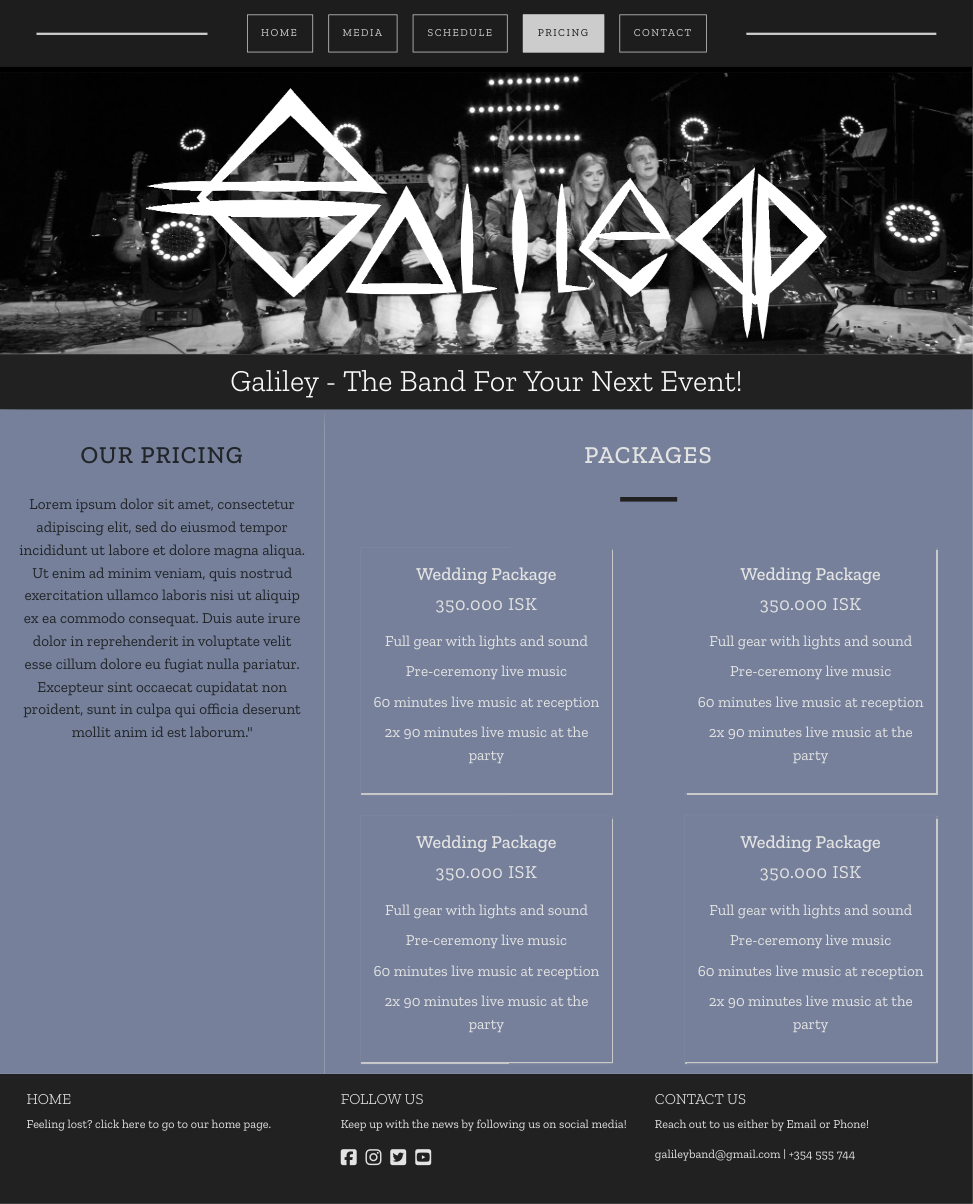
Repository: HeimirDavid/Galiley-Website
Page: pricing.html
The author's editor kept a record of every edit. The page is drawn from the files as they stood at one moment, then again after the next edit.
The browser window is 1280 px wide. The pictures show the whole page, at 76% of full size.
Some web libraries are served in a nearby version.

Above is the page before.

### pricing.html
<!DOCTYPE html>
<html lang="en">

<head>
    <meta charset="UTF-8">
    <meta name="viewport" content="width=device-width, initial-scale=1.0">
    <meta http-equiv="X-UA-Compatible" content="ie=edge">

    <link rel="stylesheet" href="https://stackpath.bootstrapcdn.com/bootstrap/4.3.1/css/bootstrap.min.css" integrity="sha384-ggOyR0iXCbMQv3Xipma34MD+dH/1fQ784/j6cY/iJTQUOhcWr7x9JvoRxT2MZw1T" crossorigin="anonymous">
    <link rel="stylesheet" href="https://cdnjs.cloudflare.com/ajax/libs/hover.css/2.3.1/css/hover-min.css" type="text/css" />
    <link rel="stylesheet" href="assets/css/style.css" type="text/css" />

    <script src="https://code.jquery.com/jquery-3.3.1.slim.min.js" integrity="sha384-q8i/X+965DzO0rT7abK41JStQIAqVgRVzpbzo5smXKp4YfRvH+8abtTE1Pi6jizo" crossorigin="anonymous"></script>
    <script src="https://cdnjs.cloudflare.com/ajax/libs/popper.js/1.14.7/umd/popper.min.js" integrity="sha384-UO2eT0CpHqdSJQ6hJty5KVphtPhzWj9WO1clHTMGa3JDZwrnQq4sF86dIHNDz0W1" crossorigin="anonymous"></script>
    <script src="https://stackpath.bootstrapcdn.com/bootstrap/4.3.1/js/bootstrap.min.js" integrity="sha384-JjSmVgyd0p3pXB1rRibZUAYoIIy6OrQ6VrjIEaFf/nJGzIxFDsf4x0xIM+B07jRM" crossorigin="anonymous"></script>
    <script src="https://kit.fontawesome.com/2ea8c5e5d2.js" crossorigin="anonymous"></script>

    <title>Galiley</title>
</head>

<body>
    <header>
        <!------ Header Navigation Menu, Mainly written with bootstrap  ------>
        <div class="row no-gutters">
            <div class="col black-container">
                <nav class="navbar fixed-top navbar-expand-md navbar-dark bg-dark" id="navbar-black-color"> <!-- Navbar position with help of this  -->
                    <a class="navbar-brand" href="index.html">Galiley - Home</a>                            <!-- tutorial: https://www.youtube.com/watch?v=NzjU1GmKosQ&t=90s  -->
                    <button class="navbar-toggler" type="button" data-toggle="collapse" data-target="#navbarSupportedContent" aria-controls="navbarSupportedContent" aria-expanded="false" aria-label="Toggle navigation">
                    <span class="navbar-toggler-icon"></span></button>
                    <div class="collapse navbar-collapse" id="navbarSupportedContent">
                        <ul class="navbar-nav m-auto">
                            <li class="nav-item menuitem">
                                <a class="nav-link" href="index.html"><span>Home</span></a>
                            </li>
                            <li class="nav-item menuitem">
                                <a class="nav-link" href="media.html"><span>Media</span></a>
                            </li>
                            <li class="nav-item menuitem">
                                <a class="nav-link" href="schedule.html"><span>Schedule</span></a>
                            </li>
                            <li class="nav-item menuitem active-item">
                                <a class="nav-link" href="pricing.html"><span>Pricing</span></a>
                            </li>
                            <li class="nav-item menuitem">
                                <a class="nav-link" href="contact.html"><span>Contact</span></a>
                            </li>
                        </ul>
                    </div>
                </nav>
            </div>
        </div>

        <!------ Header Logo Image ------>
        <div class="logo-container">
            <div class="row no-gutters">
                <div class="col header-background-img">
                    <a href="#">
                    <img class="logo-white" src="assets/images/galiley_vit.png">
                </a>
                </div>
            </div>
        </div>

        <!------ Header Text  ------>
        <div class="row no-gutters">
            <div class="col h1-heading">
                <h1>Galiley - The Band For Your Next Event!</h1>
            </div>
        </div>
    </header>

    <section class="container-fluid">
        <div class="row no-gutters">
            <div class="col-md-4">
                <div class="col-12 grey-blue text-center pricing-col">
                    <h2 class="header-h2 uppercase">Our Pricing</h2>
                    <p class="p-text">Lorem ipsum dolor sit amet, consectetur adipiscing elit, sed do eiusmod tempor incididunt
                    ut labore et dolore magna aliqua. Ut enim ad minim veniam, quis nostrud exercitation ullamco
                    laboris nisi ut aliquip ex ea commodo consequat. Duis aute irure dolor in reprehenderit in
                    voluptate velit esse cillum dolore eu fugiat nulla pariatur. Excepteur sint occaecat cupidatat
                    non proident, sunt in culpa qui officia deserunt mollit anim id est laborum."</p>
                </div>
            </div>
            <div class="col-md-8 grey-blue">
                <div class="row package-header-row">
                    <div class="col text-center">
                        <h2 class="header-h2 uppercase">Packages</h2>
                        <hr class="block-devider">
                    </div>
                </div>
                <div class="row package-row">
                    <div class="col-10 offset-1 offset-sm-0 col-sm-4 col-md-6 d-flex justify-content-center">
                        <div class="col-10 text-center p-text package-cards">
                            <h4 class="header-h4">Wedding Package</h4>
                            <h5 class="header-h5">350.000 ISK</h5>
                            <ul>
                                <li>Full gear with lights and sound</li>
                                <li>Pre-ceremony live music</li>
                                <li>60 minutes live music at reception</li>
                                <li>2x 90 minutes live music at the party</li>
                            </ul>
                        </div>
                    </div>
                    <div class="col-10 offset-1 offset-sm-0 col-sm-4 col-md-6 d-flex justify-content-center">
                        <div class="col-10 text-center p-text package-cards">
                            <h4 class="header-h4">Wedding Package</h4>
                            <h5 class="header-h5">350.000 ISK</h5>
                            <ul>
                                <li>Full gear with lights and sound</li>
                                <li>Pre-ceremony live music</li>
                                <li>60 minutes live music at reception</li>
                                <li>2x 90 minutes live music at the party</li>
                            </ul>
                        </div>
                    </div>
                    <div class="col-10 offset-1 offset-sm-0 col-sm-4 col-md-6 d-flex justify-content-center">
                        <div class="col-10 text-center p-text package-cards">
                            <h4 class="header-h4">Wedding Package</h4>
                            <h5 class="header-h5">350.000 ISK</h5>
                            <ul>
                                <li>Full gear with lights and sound</li>
                                <li>Pre-ceremony live music</li>
                                <li>60 minutes live music at reception</li>
                                <li>2x 90 minutes live music at the party</li>
                            </ul>
                        </div>
                    </div>
                    <div class="col-10 offset-1 offset-sm-0 col-sm-4 col-md-6 d-flex justify-content-center">
                        <div class="col-10 text-center p-text package-cards">
                            <h4 class="header-h4">Wedding Package</h4>
                            <h5 class="header-h5">350.000 ISK</h5>
                            <ul>
                                <li>Full gear with lights and sound</li>
                                <li>Pre-ceremony live music</li>
                                <li>60 minutes live music at reception</li>
                                <li>2x 90 minutes live music at the party</li>
                            </ul>
                        </div>
                    </div>
                </div>
            </div>
        </div>
    </section>

    <footer>        <!------ Footer section, Mainly structured and written with the help from CI tutorials from the Resume-Project.
                             Since i liked the design and strucure and felt that it fits well within this project. ------>
        <div class="container-fluid">
            <div class="row" id="footer-details">
                <div class="col-sm-4">
                    <h5 class="uppercase footer-heading">
                        <a href="index.html" class="footer-links">Home</a>
                    </h5>
                    <p class="inline-block">Feeling lost? click here to go to our home page.</p>
                </div>

                <div class="col-sm-4">
                    <h5 class="uppercase footer-heading">Follow Us</h5>
                    <p class="inline-block">Keep up with the news by following us on social media!</p>
                    <ul class="list-inline social-media-links">
                        <li class="list-inline-item">
                            <a class="footer-links" target="_blank" href="https://www.facebook.com/GalileyBand/">
                                <i class="fab fa-facebook-square"></i>
                                <span class="sr-only">Facebook</span>
                            </a>
                        </li>
                        <li class="list-inline-item">
                            <a class="footer-links" target="_blank" href="#">
                                <i class="fab fa-instagram"></i>
                                <span class="sr-only">Instagram</span>
                            </a>
                        </li>
                        <li class="list-inline-item">
                            <a class="footer-links" target="_blank" href="#">
                                <i class="fab fa-twitter-square"></i>
                                <span class="sr-only">Twitter</span>
                            </a>
                        </li>
                        <li class="list-inline-item">
                            <a class="footer-links" target="_blank" href="#">
                                <i class="fab fa-youtube-square"></i>
                                <span class="sr-only">Youtube</span>
                            </a>
                        </li>
                    </ul>
                </div>

                <div class="col-sm-4">
                    <h5 class="uppercase footer-heading">Contact Us</h5>
                    <p class="inline-block">Reach out to us either by Email or Phone!</p>
                    <p>galileyband@gmail.com | +354 555 744</p>
                </div>
            </div>
        </div>
    </footer>
</body>

</html>

### assets/css/style.css
@import url('https://fonts.googleapis.com/css?family=Zilla+Slab:300,400,500,600,700&display=swap');

html {
    scroll-behavior: smooth;
}

body {
    font-family: 'Zilla Slab', serif;
    background-color: #e3e3e3;
    overflow-x: hidden;
}

/*--------------------------------- Colour */

.green-color {
    background-color: #35af7e;
}

.grey-color {
    background-color: #c5c5c5;
}

.grey-blue {
    background-color: #76809a;
}
/*------------------------------- Special padding/margins/text */

h1, h2, h3, h4, h5 {
    margin: 0;
}

.uppercase {
    text-transform: uppercase;
}

.inline-block {
    display: inline-block;
}

.block-devider {
    width: 75px;
    height: 5px;
    background-color: #212121;
}

.block-devider-white {
    width: 75px;
    height: 5px;
    background-color: #e3e3e3;
}

.text-center {
    text-align: center;
}

.item-center {
    item-align: center;
}

.gotop-col {
    padding: 20px;
}

.gotopbtn {
    text-align: center;
    text-decoration: none;
    color: #212121;
    font-size: 1.5em;
    margin: 20px 20px;
    transition: ease-in-out 0.3s;
    -moz-transition: ease-in-out 0.3s;
    -webkit-transition: ease-in-out 0.3s;
    -o-transition: ease-in-out 0.3s;
}

.gotopbtn:hover {
    color: #a5a5a5;
    text-decoration: none;
}

.container-fluid {
    padding: 0;
}

.row {
    margin-right: 0;
    margin-left: 0;
}

/*--------------------------------- Headings text styles */

.header-h2 {
    font-weight: 500;
    padding: 10px 10px 20px 10px;
    letter-spacing: 1.5px;
}

.header-h3

.header-h4 {
    font-weight: 400;
    letter-spacing: 0.8px;
    font-size: 28px;
    padding: 10px;
}

.header-h5 {
    font-weight: 400;
    font-size: 24px;
    letter-spacing: 0.8px;
    padding: 10px;
}

/*--------------------------------- Navbar/Menu */

.navbar {
    opacity: 0.9;
    text-align: center;
    padding-bottom: 1.2em;
}

.menuitem {
    height: 50px;
    text-align: center;
    padding-left: 10px;
    padding-right: 10px;
    margin: 0px 10px 0px 10px;
    border: 1px solid #e3e3e3;
    transition: ease-in-out 0.3s;
    -moz-transition: ease-in-out 0.3s;
    -webkit-transition: ease-in-out 0.3s;
    -o-transition: ease-in-out 0.3s;
}

.menuitem a {
    width: 100%;
    text-decoration: none;
    color: #e3e3e3;
}

.menuitem a i {
    padding-top: 22px;
    display: block;
    color: #e3e3e3;
    font-size: 26px;
}

.menuitem span {
    display: block;
    width: 100%;
    padding-top: 5px;
    text-align: center;
    text-transform: uppercase;
    font-size: 14px;
    font-weight: 400;
    letter-spacing: 2px;
    transition: ease-in-out 0.3s;
    -moz-transition: ease-in-out 0.3s;
    -webkit-transition: ease-in-out 0.3s;
    -o-transition: ease-in-out 0.3s;
    color: #e3e3e3;

}

.menuitem:hover {
    background-color: #e3e3e3;
}

.menuitem:hover.menuitem span {
    color: #212121;
}

.navbar::before,     /* Before and After used from inspiration of this tutorial: https://www.youtube.com/watch?v=zGiirUiWslI   */
.navbar::after {
    content: "";
    margin-left: 2em;
    margin-right: 2em;
    width: 18%;
    height: 0.2em;
    background-color: #e3e3e3;
}

.navbar-nav .active-item span {
    color: #212121;
}

.navbar-nav .active-item {
    background-color: #e3e3e3;
}

.navbar::after {
    width: 20%;
}

.fixed-top {
    padding-top: 1.2em;
}

.navbar-brand {
    display: none;
}

#navbar-black-color {
    background-color: #212121!important;
}




/*--------------------------------- Header */

.black-container {
    position: relative;
    top: 0;
    left: 0;
    width: 100%;
    height:6em;
    background-color: #000;
}

.h1-heading {
    color: #fafafa;
    padding: 10px 0px 15px 0px;
    text-align: center;
    background-color: #212121;
    box-shadow: 0px 10px 30px -10px #212121;
}

.h1-heading h1 {
    font-weight: 300;
}

.header-background-img {
    display: block;
    background-image: url("../images/galiley_diddi.jpg");
    padding: 20px;
    background-size: cover;
}

/*
.logo-container {
    margin-top: 7%;
}
*/

.logo-white {
    opacity: 1.9;
    display: block;
    margin-left: auto;
    margin-right: auto;
    width: 70%;
}

/*--------------------------------- Footer */

footer {
    background-color: #212121;
    color: #e3e3e3;
    min-height: 100px;
    margin: 0;
}

.footer-heading {
    font-weight: 300;
    text-decoration: none;
    margin-bottom: 10px;
}

.footer-heading a {
    transition: ease-in-out 0.3s;
    -moz-transition: ease-in-out 0.3s;
    -webkit-transition: ease-in-out 0.3s;
    -o-transition: ease-in-out 0.3s;
}

.footer-heading a:hover {
    color: #a5a5a5;
    text-decoration: none;
}

.footer-links {
    color: #e3e3e3;
}

.social-media-links {
    padding-bottom: 10px;
}

.social-media-links li a i {
    font-size: x-large;
    padding: 10px 0px;
    line-height: 10px;
    transition: ease-in-out 0.3s;
    -moz-transition: ease-in-out 0.3s;
    -webkit-transition: ease-in-out 0.3s;
    -o-transition: ease-in-out 0.3s;
}

.social-media-links li a i:hover {
    color: #35af7e;
}

#footer-details {
    padding: 20px;
}

/*--------------------------------- About - Section / What we offer - Section */

.about-offer-row {
    padding: 20px 0px;
}

.p-text {
    font-size: 20px;
    padding: 10px 10px 20px 10px;
}

.about-row {
    padding: 60px 10px 20px 10px;
}

.offer-card {
    background-color: #212121;
    color: #e3e3e3;
    padding: 20px;
    margin-bottom: 45px;
    box-shadow: 3px 3px 15px 0px #000;
    opacity: 0.9;
}

/*--------------------------------- Reviews - section */

.review-header {
    background-color: #212121;
    color: #fafafa;
    padding: 10px 0px 15px 0px;
    text-align: center;
    box-shadow: 0px 1px 10px 1px #212121;
}

.review-header h2 {
    font-weight: 300;
}

.review-cards {
    background-color: #212121;
    color: #e3e3e3;
    opacity: 0.9;
    max-width: 250px;
    padding: 20px;
    margin: 30px;
    margin-right: auto;
    margin-left: auto;
    text-align: center;
    border-radius: 10px;
    box-shadow: 5px 5px 15px 0px #212121;
}

.cards-header {
    font-weight: 300;
    letter-spacing: 0.8px;
    margin-bottom: 15px;
}

.review-p {
    font-size: 18px;
    font-weight: 200;
    letter-spacing: 0.8px;
}

/*--------------------------------- Setlist Section / Video Section */

.spotify-header-row {
    background-color: #35af7e;
}

.media-header {
    padding: 20px;
    font-weight: 300;
    font-size: 38px;
}

.spotify-row {
    margin-bottom: 40px;
}

.setlist-header-col {
    color: #000;
    padding: 30px;
}

.media-h4 {
    font-weight: 300;
    font-size: 30px;
    padding: 10px;
}

.media-p {
    font-size: 22px;
    font-weight: 300;
}

.spotify-col {
    color: #e3e3e3;
    background-color: rgba(0, 0, 0, 0.5);
    margin: auto;
    margin-top: 20px;
    padding: 20px 10px 0px 10px;
    max-width: 300px;
    border-radius: 12px;
    border-radius: 10px;
    box-shadow: 5px 5px 15px 0px #212121;
}

.spotify-col::before {
    content: "";
    top: 0;
    left: 0;
    background-color: #212121;
    height: 100px;
    width: 1em;
}

.spotify-player {
    opacity: .96;
}

.video-header-col {
    background-color: #212121;
    color: #e3e3e3;
    padding: 20px 0px;
    box-shadow: 0px 10px 30px -10px #212121;
}

.youtube-col {
    padding: 10px;
}

.youtube-container {  /*   Code copied to make youtube player responsive. Source: https://avexdesigns.com/responsive-youtube-embed/    */
position: relative;
padding-bottom: 56.25%;
padding-top: 30px; height: 0; overflow: hidden;
}

.youtube-container iframe,
.youtube-container object,
.youtube-container embed {
position: absolute;
top: 0;
left: 0;
width: 100%;
height: 100%;
}

/*--------------------------------- Pricing */

.pricing-col {
    padding-top: 30px;
    height: 100%;
}

.package-header-row {
    padding-top: 30px;
    color: #e3e3e3;
}

.package-row {
    padding-top: 30px;
    color: #e3e3e3;
}

.package-cards {
    box-shadow: 1px 1px 1px 1px #cacaca;
    padding: 20px 10px;
    margin-top: 15px;
    margin-bottom: 15px;
}

.package-cards ul {
    list-style: none;
    padding:0;
}

.package-cards ul li {
        margin: 10px 0px;
}
/*--------------------------------- Media Queries */

@media (max-width: 767px) {
    .navbar::before,
    .navbar::after {
        display: none;
    }

    .navbar-brand {
        display: block;
    }

    .fixed-top {
        padding: 1em;
    }

    .reviews-container {
        background-color: #e3e3e3;
    }

    .reviews-container {
        background: #e3e3e3;
    }
}

@media (min-width: 767px) {

    /* Images use and fixed image website layout inspiried by this tutorial: https://www.youtube.com/watch?v=PWoOpJtkyjI */
    #about-image { /* Image from unsplash taken by Luca Baggio */
        background-image: url("../images/about-background.jpg");
        background-attachment: fixed;
        background-size: cover;
        height: 120vh;
        width: 100%;
    }

    #spotify-background-img {
        background-image: url("../images/spotify-background-img.jpg");
        background-attachment: fixed;
        background-size: cover;
        height: 120vh;
        width: 100%;
    }

    #offer-image {
        background-image: url("../images/galiley-offer.jpg");
        background-attachment: scroll;
        background-size: cover;
        height: 100%;
        width: 100%;
        box-shadow: 0px -3px 7px 0px;
    }

    #packages-img {
        background-image: url("../images/packages-img.jpg");
        background-attachment: scroll;
        background-size: cover;
        height: 100%;
        width: 100%;
    }

    .green-black-img {
        background-image: url("../images/setlist-background.png");
        background-attachment: fixed;
        background-size: cover;
        box-shadow: 0px -3px 7px 0px;
    }

    .about-offer-row {
    padding: 60px 10px 20px 10px;
    }

    .youtube-row {
        padding-top: 50px;
    }

    .youtube-col {
        padding: 10px 100px;
    }
}

@media (min-width: 767px) and (max-width: 1000px) {
    #about-image {
        background-image: url("../images/about-background.jpg");
        background-attachment: fixed;
        background-size: cover;
        height: 200vh;
        width: 100%;
    }

        #spotify-background-img {
        background-image: url("../images/spotify-background-img.jpg");
        background-attachment: fixed;
        background-size: cover;
        height: 250vh;
        width: 100%;
    }
}

@media (max-width: 576px) {
    /* To get rid of padding and margin to link up "Offer section" and "reviews section" in mobile view */
    .about-offer-row {
    padding-top: 20px;
    }

    .offer-card {
        margin: 0;
    }
}

After the next edit:
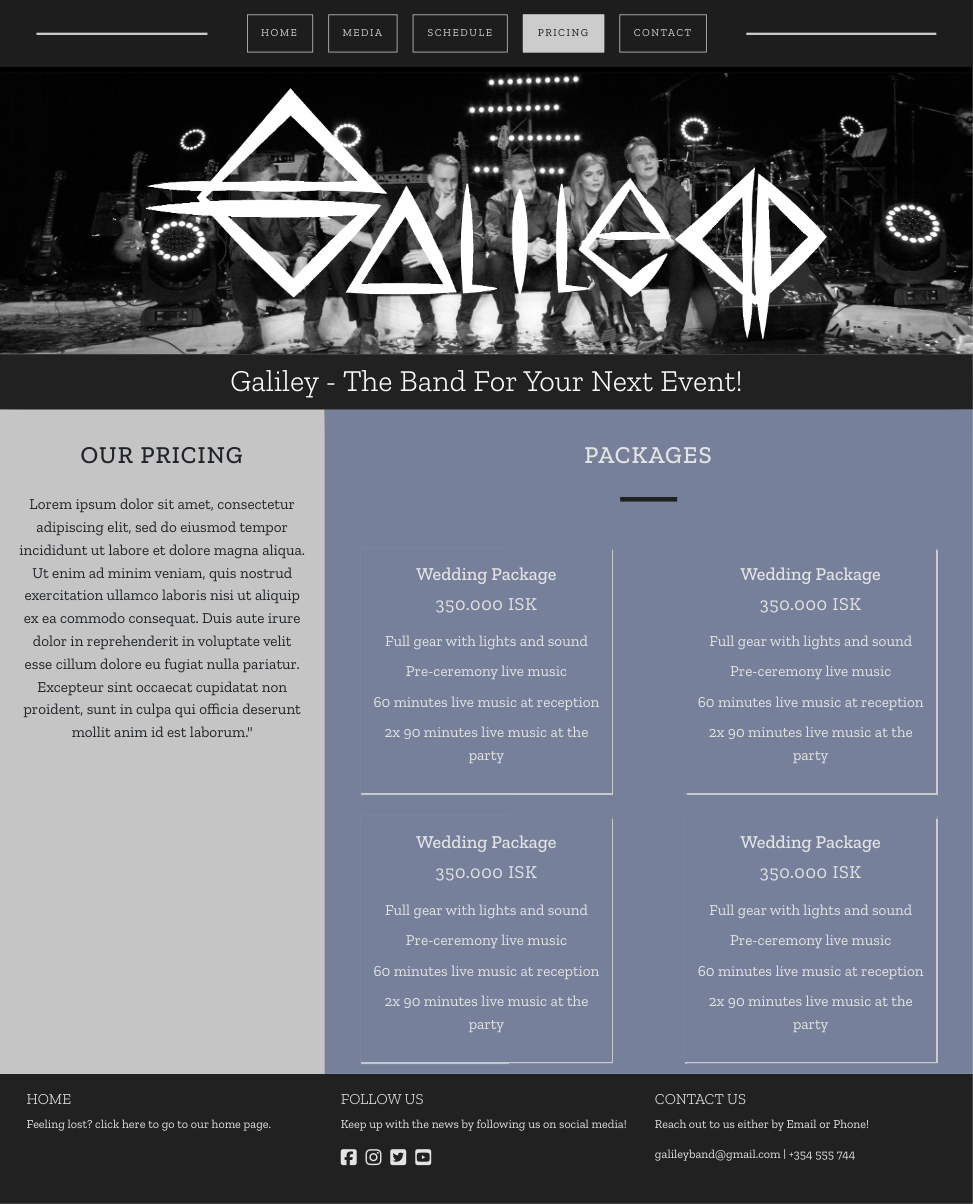
The edit:
--- a/pricing.html
+++ b/pricing.html
@@ -72,7 +72,7 @@
     <section class="container-fluid">
         <div class="row no-gutters">
             <div class="col-md-4">
-                <div class="col-12 grey-blue text-center pricing-col">
+                <div class="col-12 grey-color text-center pricing-col">
                     <h2 class="header-h2 uppercase">Our Pricing</h2>
                     <p class="p-text">Lorem ipsum dolor sit amet, consectetur adipiscing elit, sed do eiusmod tempor incididunt
                     ut labore et dolore magna aliqua. Ut enim ad minim veniam, quis nostrud exercitation ullamco
